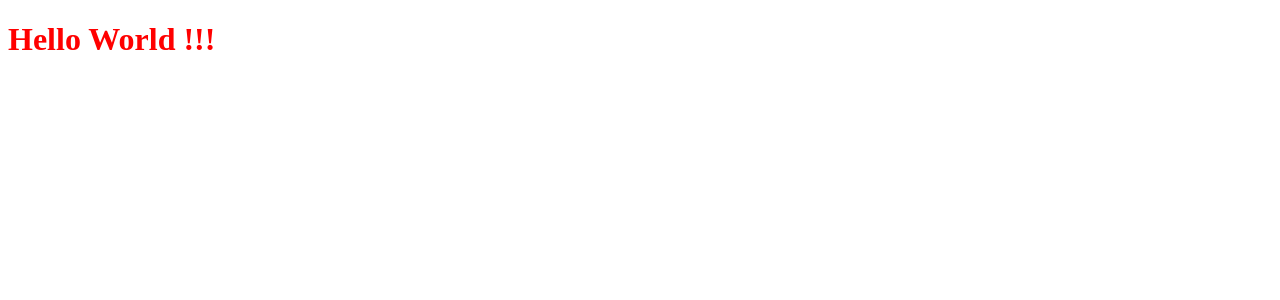
Repository: Scoobi-wisdoom/web
Page: d01/web/a1.html
An editor plug-in stored every save of this project. The page is shown before and after the next save, followed by the edit.
The browser window is 1280 px wide. The pictures show the whole page.

Above is the page before, as saved 2020-08-05 02:19:25.
Console error: SyntaxError: Unexpected number

### d01/web/a1.html
<!DOCTYPE html>
<html>
<head>
<meta charset="EUC-KR">
<title>Insert title here</title>
<style>
	h1{
		color: red;
		background: blakc;
	}
</style>

<script>
	var i 10;
	alert('Aert......'+i);
</script>

</head>
<body>
	<h1>Hello World !!!</h1>
</body>
</html>

After the next save:
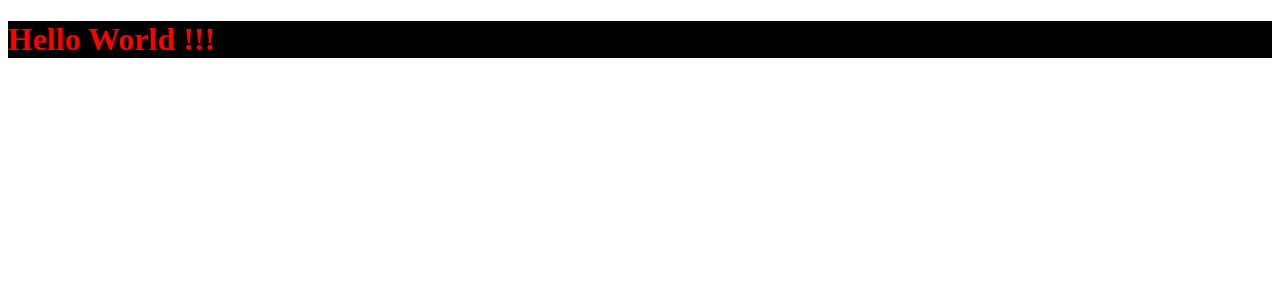
Saved 72 s later.
--- a/d01/web/a1.html
+++ b/d01/web/a1.html
@@ -6,7 +6,7 @@
 <style>
 	h1{
 		color: red;
-		background: blakc;
+		background: black;
 	}
 </style>
 
